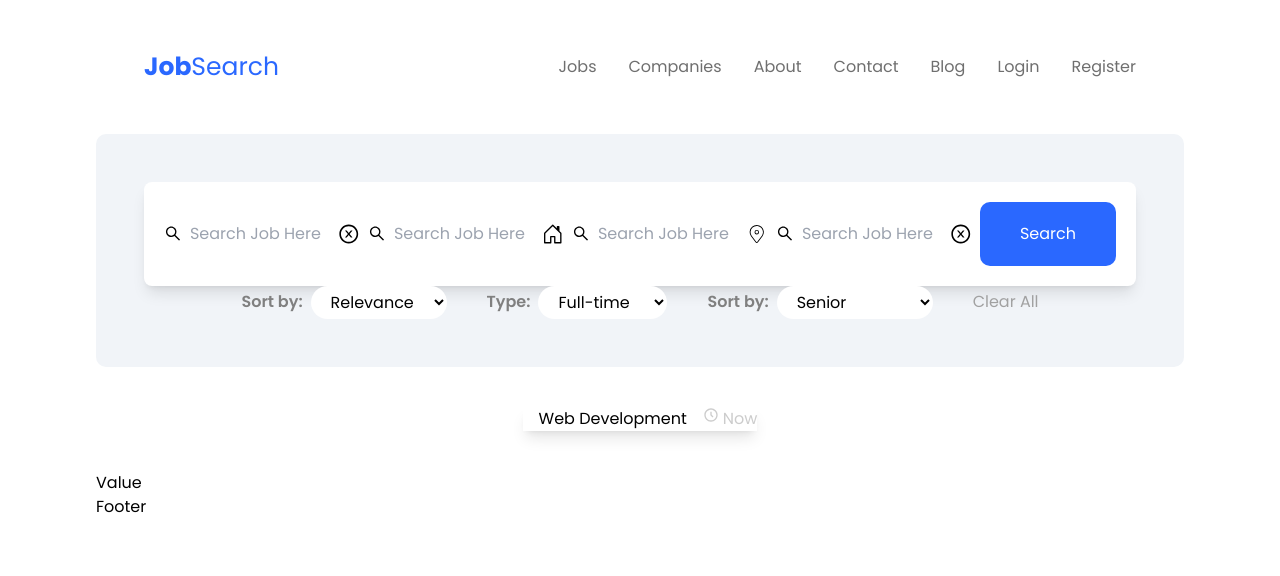
Repository: countaustin1990/Job-Search-website
Page: / (app in vite-project/)
The author's editor kept a copy of each file at every save. The page is drawn from the files as they stood at one save, then again after the next save.
The browser window is 1280 px wide. The pictures show the whole page.
The project was rebuilt for these pictures with package versions that can differ from the ones it lists, and the page was loaded fresh each time. Also part of the build but not shown: vite-project/vite.config.js.

Above is the page before, as saved 2023-08-12 18:41:01.

### vite-project/index.html
<!doctype html>
<html lang="en">
  <head>
    <meta charset="UTF-8" />
    <link rel="icon" type="image/svg+xml" href="/vite.svg" />
    <meta name="viewport" content="width=device-width, initial-scale=1.0" />
    <title>Vite + React</title>
  </head>
  <body>
    <div id="root"></div>
    <script type="module" src="/src/main.jsx"></script>
  </body>
</html>

### vite-project/src/App.jsx
import NavBar from './components/NavBar'
import Job from './components/Job'
import Value from './components/Value'
import Search from './components/Search'
import Footer from './components/Footer'

const App = () => {
  return(
    <div className='w-[85%] m-auto bg-white'>
      <NavBar/>
      <Search/>
      <Job/>
      <Value/>
      <Footer/>
    </div>
  )
}



export default App

### vite-project/src/index.css
@import url("https://fonts.googleapis.com/css2?family=Poppins:wght@200;300;400;500;600;700;800;900&display=swap");

@tailwind base;
@tailwind components;
@tailwind utilities;

:root{
  font-family: 'Poppins', sans-serif;
}

body{
  background: white;
}

li{
  list-style: none;
  cursor: pointer;
  position: relative;
}

li:hover::before{
  position: absolute;
  content: '';
  height: 4px;
  width: 100%;
  background: #2a68ff;
  right: 0;
  bottom: -10px;
  color: #2a68ff;
}

.icon{
  cursor: pointer;
}

.card{
  background: #000;
}

### vite-project/src/components/NavBar.jsx


const NavBar = () => {
    return(
        <div className='navBar flex justify-between items-center p-[3rem]'>
            <div className="logoDiv">
                <h1 className='logo text-[25px] text-blueColor'>
                    <strong>Job</strong>Search
                </h1>
            </div>

            <div className="menu flex gap-8">
                <li className="menuList text-[#6f6f6f] hover:text-blueColor">Jobs</li>
                <li className="menuList text-[#6f6f6f] hover:text-blueColor">Companies</li>
                <li className="menuList text-[#6f6f6f] hover:text-blueColor">About</li>
                <li className="menuList text-[#6f6f6f] hover:text-blueColor">Contact</li>
                <li className="menuList text-[#6f6f6f] hover:text-blueColor">Blog</li>
                <li className="menuList text-[#6f6f6f] hover:text-blueColor">Login</li>
                <li className="menuList text-[#6f6f6f] hover:text-blueColor">Register</li>
            </div>

        </div>
    )
}

export default NavBar

### vite-project/src/components/Job.jsx
import { BiTimeFive } from 'react-icons/bi'

 const Job = () => {
    return(
        <div>

            <div className='jobContainer flex gap-10 justify-center flex-wrap items-center py-10'>

                <div className='group group/items singleJob w-[20] bg-white rounded[10px] hover:bg-blueColor shadow-lg shadow-greyIsh-400/700 hover:shadow-lg'>
                    <span className='flex justify-between items-center gap-4'>
                        <h1 className='text-[16px] font-semibold text-textColor group-hover:text-white'/>Web Development

                        <span className='flex item-center text-[#ccc] gap-1'>
                            <BiTimeFive/>Now
                        </span>
                    </span>
                </div>
            </div>
        </div>
    )
 }

 export default Job

### vite-project/src/components/Value.jsx


const Value = () => {
    return(
        <div>Value</div>
    )
}

export default Value

### vite-project/src/components/Search.jsx
import { AiOutlineCloseCircle, AiOutlineSearch,  } from 'react-icons/ai'
import { BsHouseDoor } from 'react-icons/bs'
import { CiLocationOn } from 'react-icons/ci'


const Search = () => {
    return(
        <div className='SearchDiv grid gp-10 bg-greyIsh rounded-[10px] p-[3rem]'>
            <form action=''>
                <div className='firstDiv flex justified-between items-center rounded-[8px] gap-[10px] bg-white p-5 shadow-lg shadow-greyIsh-700'>
                    <div className='flex gap-2 items-center'>
                       <div className="flex gap-2 items-center">
                            <AiOutlineSearch className='text-[25px] icon'/>
                                <input type="text" className='bg-transparent text-blue-500 focus:outline-none w-[100%]' placeholder='Search Job Here'/>
                                    <AiOutlineCloseCircle className='text-[30px] text-[#a5a6a6 hover:text-textColor icon'/>
                        </div>


                       <div className="flex gap-2 items-center">
                            <AiOutlineSearch className='text-[25px] icon'/>
                                <input type="text" className='bg-transparent text-blue-500 focus:outline-none w-[100%]' placeholder='Search Job Here'/>
                                    <BsHouseDoor className='text-[30px] text-[#a5a6a6 hover:text-textColor icon'/>
                        </div>

                        <div className="flex gap-2 items-center">
                            <AiOutlineSearch className='text-[25px] icon'/>
                                <input type="text" className='bg-transparent text-blue-500 focus:outline-none w-[100%]' placeholder='Search Job Here'/>
                                    <CiLocationOn className='text-[30px] text-[#a5a6a6 hover:text-textColor icon'/>
                        </div>

                        <div className="flex gap-2 items-center">
                            <AiOutlineSearch className='text-[25px] icon'/>
                                <input type="text" className='bg-transparent text-blue-500 focus:outline-none w-[100%]' placeholder='Search Job Here'/>
                                    <AiOutlineCloseCircle className='text-[30px] text-[#a5a6a6 hover:text-textColor icon'/>
                        </div>

                        <button className='bg-blueColor h-full p-5 px-10 rounded-[10px] text-white cursor-pointer hover:bg-blue-300'>
                            Search
                        </button>
                    </div>
                </div>
            </form>

            <div className='secDiv flex items-center gap-10 justify-center'>
                <div className='singleSearch flex items-center gap-2'>
                    <label htmlFor='relevance' className='text-[#808080] font-semibold'>
                        Sort by:
                    </label>

                    <select name='' id='relevance' className='bg-white rounded-[34px] px-4 py-1'>
                        <option value=''>Relevance</option>
                        <option value=''>Inclusive</option>
                        <option value=''>Start with</option>
                        <option value=''>Contains</option>
                    </select>
                </div>

                <div className='singleSearch flex items-center gap-2'>
                    <label htmlFor='type' className='text-[#808080] font-semibold'>
                        Type:
                    </label>

                    <select name='' id='type' className='bg-white rounded-[34px] px-4 py-1'>
                        <option value=''>Full-time</option>
                        <option value=''>Remote</option>
                        <option value=''>Contract</option>
                        <option value=''>Part-time</option>
                    </select>
                </div>

                <div className='singleSearch flex items-center gap-2'>
                    <label htmlFor='level' className='text-[#808080] font-semibold'>
                        Sort by:
                    </label>

                    <select name='' id='level' className='bg-white rounded-[34px] px-4 py-1'>
                        <option value=''>Senior</option>
                        <option value=''>Intermediate</option>
                        <option value=''>Beginner</option>
                        <option value=''>Advocate</option>
                    </select>
                </div>

                <span className='text-[#a1a1a1] cursor-pointer'>
                    Clear All
                </span>

            </div>
        </div>
    )
}

export default Search

### vite-project/src/components/Footer.jsx


const Footer = () => {
    return(
        <div>Footer</div>
    )
}

export default Footer

### vite-project/tailwind.config.js
/** @type {import('tailwind').Config} */
export default {
  content: [
    "./index.html",
    "./src/**/*.{js,jsx}",
  ],
  theme: {
    extend: {
      colors: {
      'blueColor': '#2a68ff',
      'greyIsh': '#f1f4f8',
      'cardShadow': '#f7f8f9',
      'textColor': '#252b36',
      }
    },
  },
  plugins: [],
}

Loaded but not shown: vite-project/src/main.jsx (common file)

After the next save:
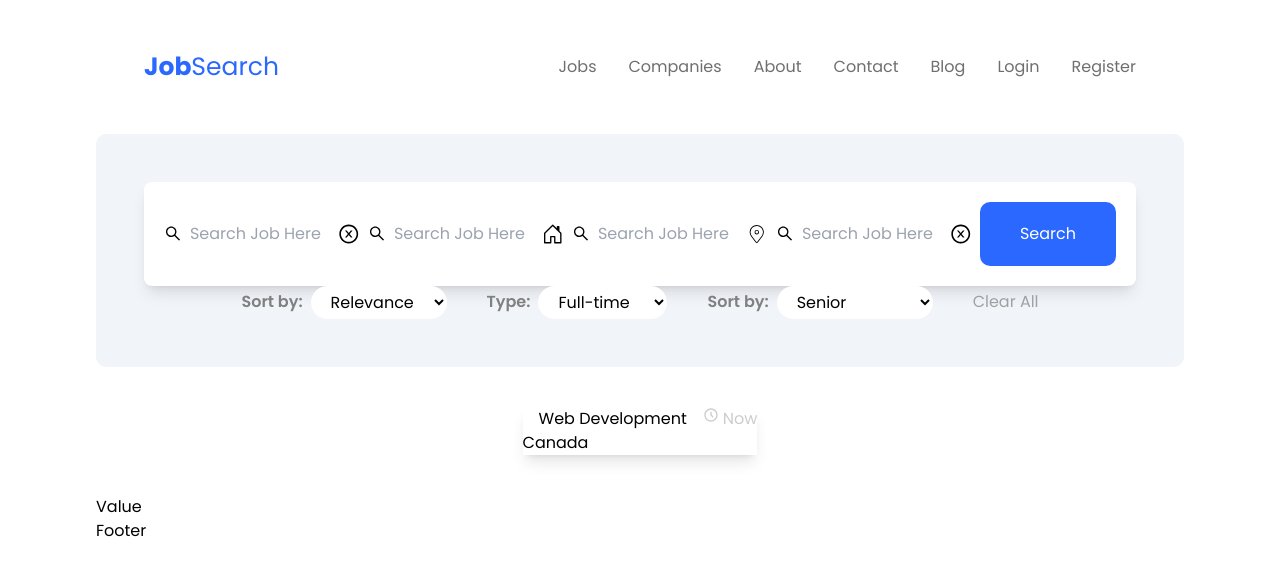
Saved 2 min 3 s later.
--- a/vite-project/src/components/Job.jsx
+++ b/vite-project/src/components/Job.jsx
@@ -14,6 +14,8 @@ import { BiTimeFive } from 'react-icons/bi'
                             <BiTimeFive/>Now
                         </span>
                     </span>
+
+                    <h6 className='text-[#ccc]'/>Canada
                 </div>
             </div>
         </div>
